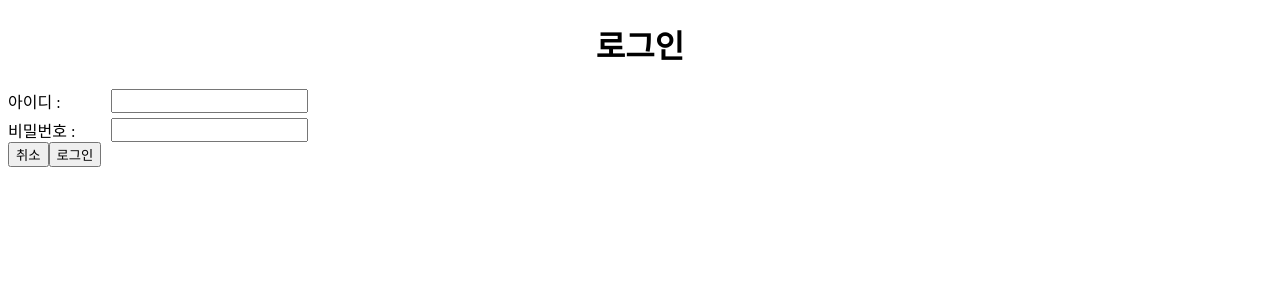
Repository: pvntlc/D-IT-Tech-Internship
Page: work_web/Day1/src/main/webapp/login.html
An editor plug-in stored every save of this project. The page is shown before and after the next save, followed by the edit.
The browser window is 1280 px wide. The pictures show the whole page.

Above is the page before, as saved 2023-09-11 01:41:09.

### work_web/Day1/src/main/webapp/login.html
<!DOCTYPE html>
<html lang="en">

<head>
	<meta charset="UTF-8">
	<meta name="viewport" content="width=device-width, initial-scale=1.0">
	<meta name="viewport" content="width=device-width, initial-scale=1.0">
	<title>로그인</title>

	<style>
		h1 {
			text-align: center;
		}

		#container {
			width: 300px;
			display: grid;

			grid-template-columns: 1fr 2fr;
			grid-gap: 5px 5px;
		}
	</style>

</head>

<body>
	<h1>로그인</h1>
	<form method="get" action="main.do">
		<div id="container">
			<label for="userid">아이디 : </label><input type="text" id="userid" name="userid" />
			<label for="pw">비밀번호 : </label><input type="password" id="pw" name="pw" />
		</div>
		<div id="btn">
			<input type="reset" value="취소" /><input type="submit" value="로그인" />
		</div>

	</form>
</body>

</html>

After the next save:
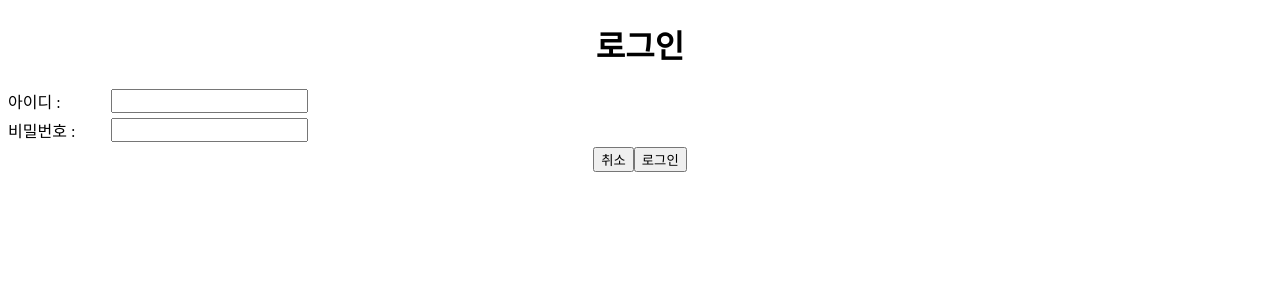
Saved 19 s later.
--- a/work_web/Day1/src/main/webapp/login.html
+++ b/work_web/Day1/src/main/webapp/login.html
@@ -19,6 +19,11 @@
 			grid-template-columns: 1fr 2fr;
 			grid-gap: 5px 5px;
 		}
+
+		#btn{
+			text-align: center;
+			margin: 5px;
+		}
 	</style>
 
 </head>
